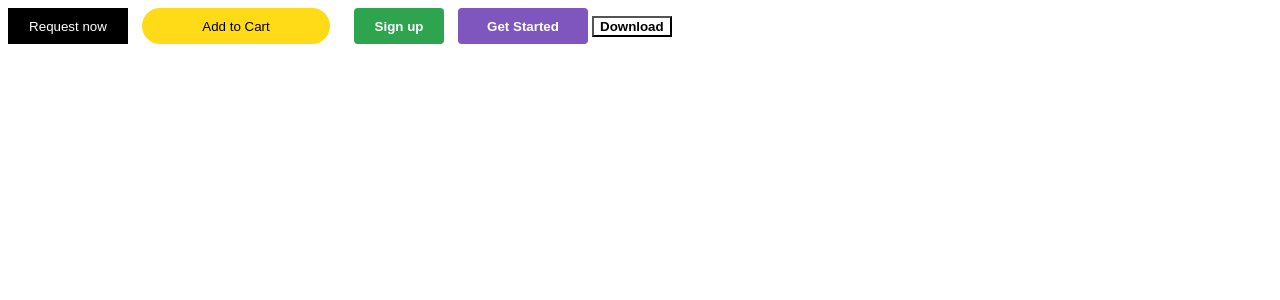
Repository: Kurumilli/Youtube
Page: Exercise3.html
The author's editor kept a copy of each file at every save. The page is drawn from the files as they stood at one save, then again after the next save.
The browser window is 1280 px wide. The pictures show the whole page.

Above is the page before, as saved 2025-01-25 12:30:29.

### Exercise3.html
<html>
    <body>
        <style>
            .uber{
                background-color: black;
                color: white;
                height:36px;
                border: none;
                width: 120px;
                margin-bottom: 100px;
                cursor: pointer;
                margin-right: 10px;
            }
            .uber:hover{
                opacity: 0.7;
            }

            .amazon{
                background-color:rgb(255,218,22) ;
                height: 36px;
                width: 188px;
                border: none;
                border-radius: 18px;
                margin-right: 10px;
                cursor: pointer;
            }

                .amazon:hover{
                    background-color:rgb(255,210,15) ; ;
                }

                .github{
                    background-color:rgb(46,164,79) ;
                    color: white;
                    height: 36px;
                    width: 90px;
                    border-radius: 4px;
                    margin-left: 10px;
                    cursor: pointer;
                    border:none;
                    font-weight: bold;
                }

                .github:hover{
                    box-shadow: 8px 8px 10px rgba(0,0,0,0.15);

                }

                .bootstrap{
                    background-color:  rgb(126, 86, 189);
                    color: white;
                    font-weight: bold;
                    height: 36px;
                    width: 130px;
                    border: none;
                    border-radius: 4px;
                    cursor: pointer;
                    margin-left: 10px;
                }

                .bootstrap:hover{
                    background-color: rgb(121, 82, 179);
                }

                .bootstrap2d{
                    background-color: white;
                    font-weight: bold;


                }

         </style>
         <button class="uber">
            Request now
        </button>

        <button class="amazon">
            Add to Cart
        </button>

        <button class="github">
             Sign up
        </button>

        <button class="bootstrap">
            Get Started
        </button>

        <button class="bootstrap2d">
            Download
        </button>
     </body>
</html>

After the next save:
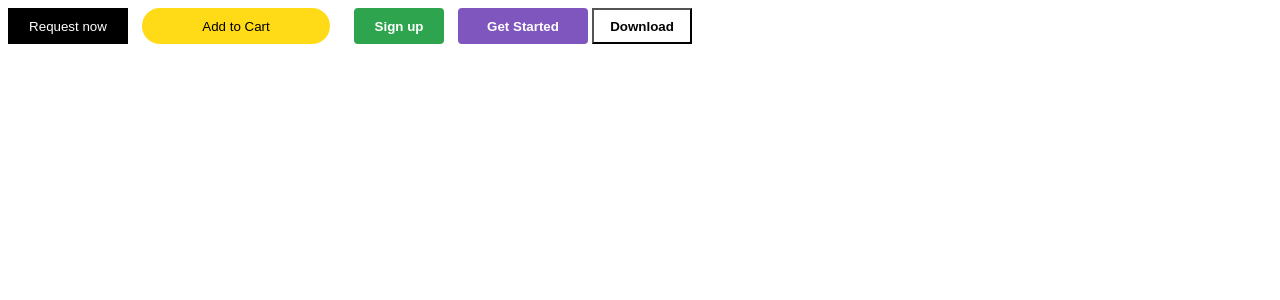
Saved 12 s later.
--- a/Exercise3.html
+++ b/Exercise3.html
@@ -65,6 +65,8 @@
                 .bootstrap2d{
                     background-color: white;
                     font-weight: bold;
+                    height: 36px;
+                    width: 100px;
 
 
                 }
